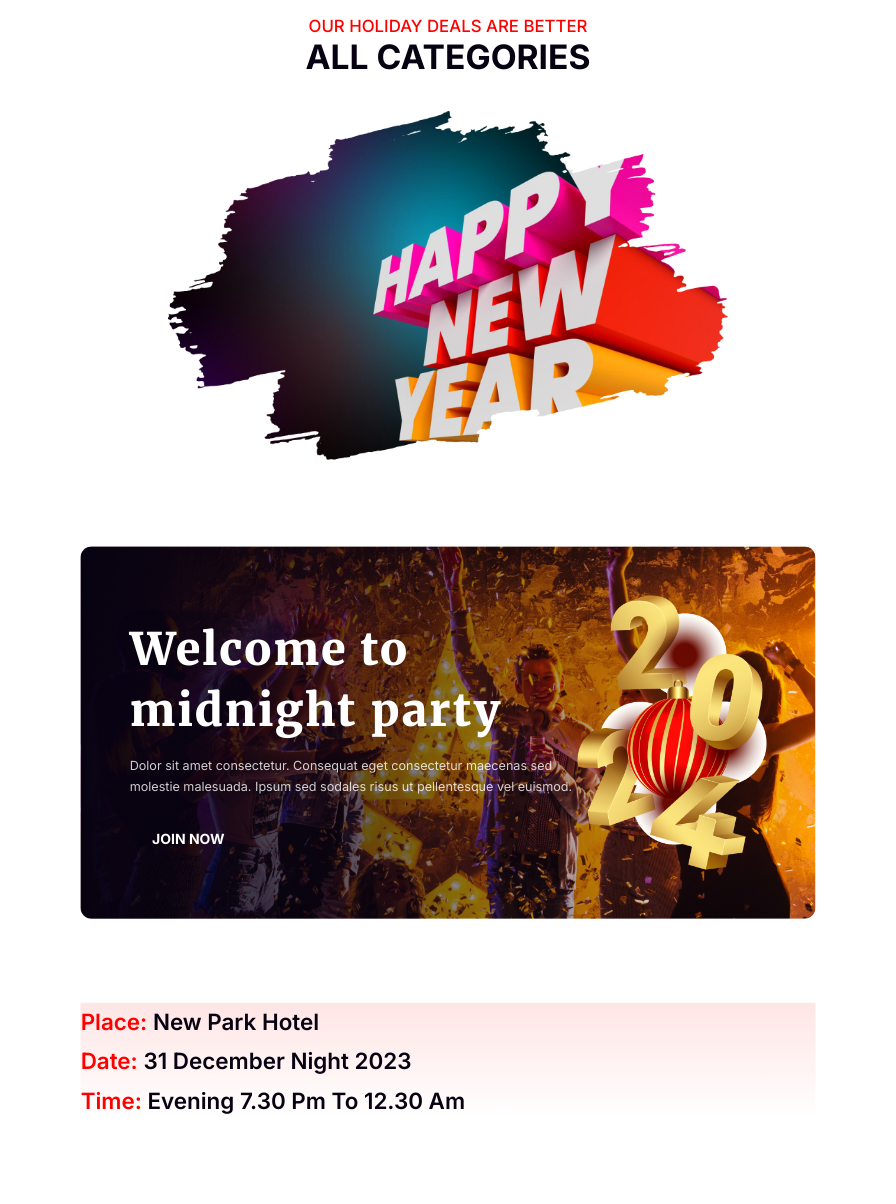
Repository: rahmatahmedrifat/First-Assignment
Page: index.html
The author's editor kept a copy of each file at every save. The page is drawn from the files as they stood at one save, then again after the next save.
The browser window is 1280 px wide. The pictures show the part of the page from y = 882 to 2802 px (the page is 2602 px tall before and 2802 px after), at 70% of full size.

Above is the page before, as saved 2024-01-08 03:53:57.

After the next save:
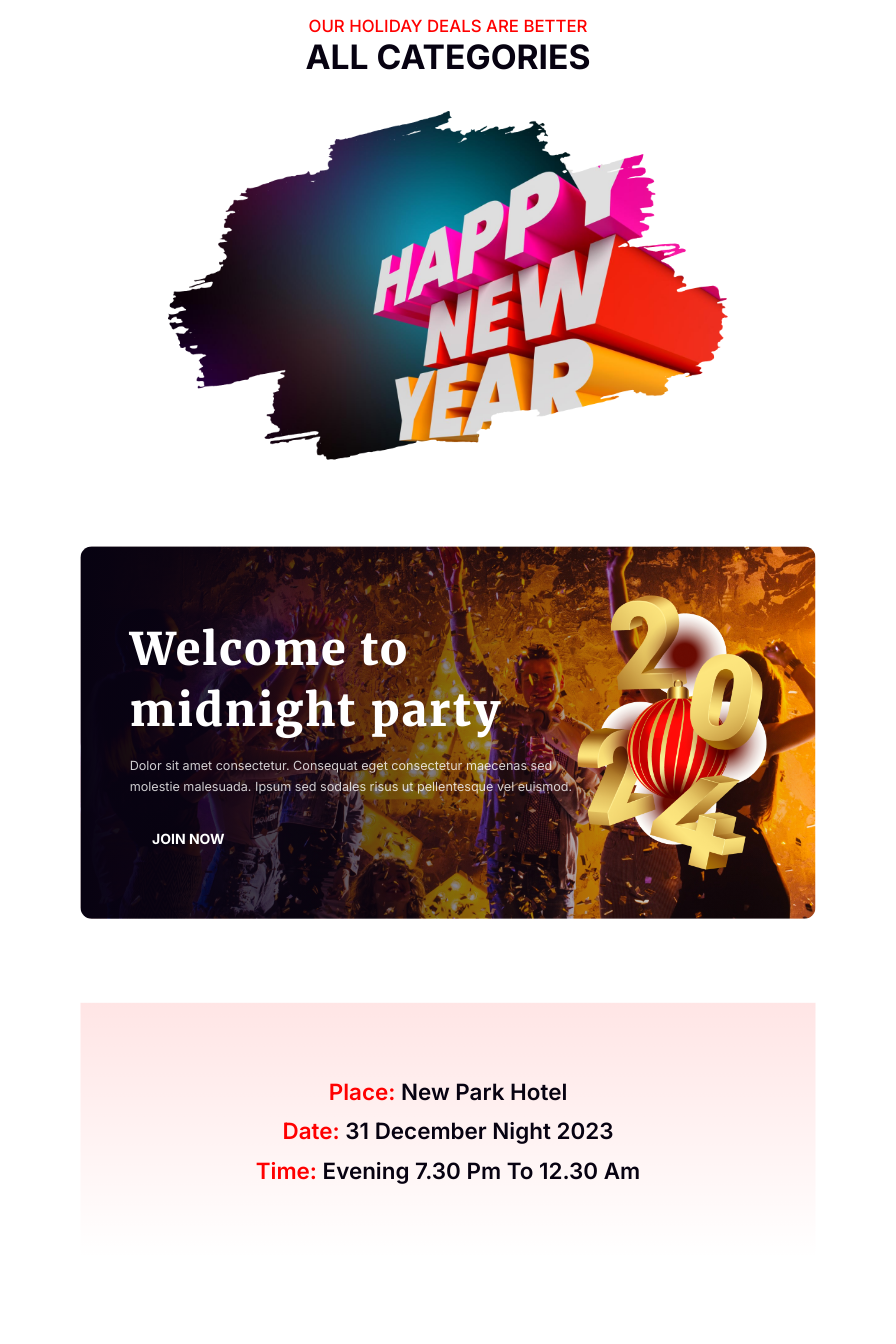
Saved 55 s later.
--- a/Style/style.css
+++ b/Style/style.css
@@ -151,6 +151,8 @@
 }
 .announce-content{
     background: linear-gradient(180deg, rgba(255, 0, 0, 0.10) 0%, rgba(255, 0, 0, 0.00) 100%);
+    padding: 100px 0;
+    text-align: center;
 }
 .announce-content .announce-title{
     color: #070211;
